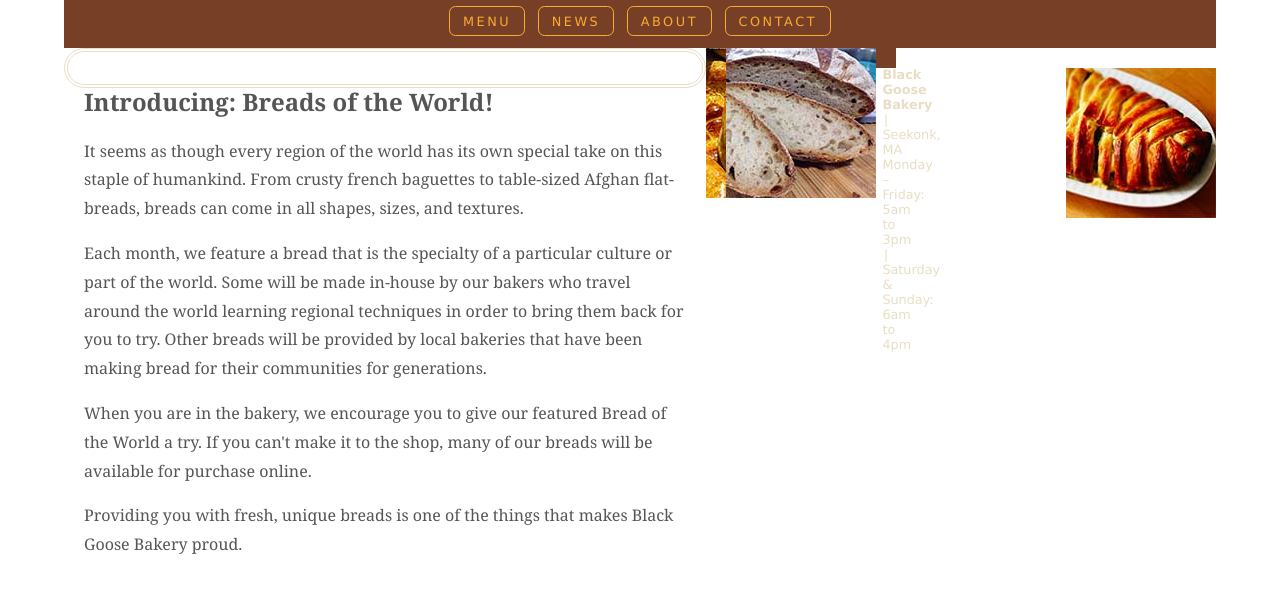
Repository: Colo-Codes/code-practice
Page: 02-css-practice-7.html
The author's editor kept a copy of each file at every save. The page is drawn from the files as they stood at one save, then again after the next save.
The browser window is 1280 px wide. The pictures show the whole page.
Some web fonts or font styles are not loaded; a fallback is used.

Above is the page before, as saved 2021-05-14 12:54:50.

### 02-css-practice-7.html
<!doctype html>
<html>

<head>
  <meta charset="UTF-8">
  <title>Black Goose Bakery Grid</title>
  <link href="https://fonts.googleapis.com/css?family=Stint+Ultra+Expanded" rel="stylesheet">
  <style>
    html {
      box-sizing: border-box;
    }

    * {
      box-sizing: inherit;
    }

    body {
      font-family: Georgia, serif;
      font-size: 100%;
      background-color: white;
      margin: 0;
    }

    /* GRID STYLES START HERE */
    #layout {
      margin-left: 5%;
      margin-right: 5%;
      display: grid;
      grid-template-rows: 3em 20px [main-start] 150px 300px 5em [main-end];
      grid-template-columns: [main-start] 1fr [main-end] repeat(3, 20px 150px);
    }
    nav {
      grid-row: 1 / 2;
      grid-column: 1 / -1;
    }
    #figC {
      grid-row: 3 / 4;
      /* grid-column: -1 / -2; */
      grid-column: span 1 / -1;
    }


    /* VISUAL STYLES START HERE */

    /* link styles */
    a:link,
    a:visited {
      color: #DC6903;
    }

    a:focus,
    a:hover,
    a:active {
      color: #F9AB33;
    }

    a {
      text-decoration: none;
      border-bottom: 1px dotted;
      padding-bottom: .2em;
    }



    /* nav styles */
    nav,
    footer {
      font-family: verdana, sans-serif;
      background-color: #783F27;
    }

    nav ul li a:link,
    nav ul li a:visited {
      color: #F9AB33;
    }

    nav ul li a:focus,
    nav ul li a:hover,
    nav ul li a:active {
      color: #fff;
    }

    nav ul {
      margin: 0;
      padding: 0;
      list-style-type: none;
      display: flex;
      justify-content: center;
    }

    nav ul li {
      font-size: .8em;
      text-transform: uppercase;
      letter-spacing: .2em;
    }

    nav ul li a {
      display: block;
      border: 1px solid;
      border-radius: .5em;
      padding: .5em 1em;
      margin: .5em;
    }


    /* main styles */
    main {
      font-family: 'Stint Ultra Expanded', Georgia, serif;
      background-color: white;
      line-height: 1.8em;
      color: #555;
      padding: 1em;
      border: double 4px #EADDC4;
      border-radius: 25px;
    }


    /* misc styles */

    figure {
      margin: 0;
      padding: 0;
      '

      /* clears browser styles for figures */
    }

    footer {
      color: #EADDC4;
      text-align: center;
      font-size: .8em;
      padding: .5em;
    }
  </style>
</head>

<body>
  <div id="layout">

    <nav>
      <ul>
        <li><a href="">Menu</a></li>
        <li><a href="">News</a></li>
        <li><a href="">About</a></li>
        <li><a href="">Contact</a></li>
      </ul>
    </nav>

    <main>
      <h2>Introducing: Breads of the World!</h2>
      <p>It seems as though every region of the world has its own special take on this staple of humankind. From crusty
        french baguettes to table-sized Afghan flat-breads, breads can come in all shapes, sizes, and textures.</p>
      <p>Each month, we feature a bread that is the specialty of a particular culture or part of the world. Some will be
        made in-house by our bakers who travel around the world learning regional techniques in order to bring them back
        for you to try. Other breads will be provided by local bakeries that have been making bread for their
        communities for generations.</p>

      <p>When you are in the bakery, we encourage you to give our featured Bread of the World a try. If you can't make
        it to the shop, many of our breads will be available for purchase online.</p>
      <p>Providing you with fresh, unique breads is one of the things that makes Black Goose Bakery proud.</p>
      <!--
<p>Our breads are made daily from highest-quality whole grain flour, water, salt, and yeast or sourdough starter. Simply and naturally, and never any preservatives. Patience is key to achieving the proper level of fermentation and baking each loaf to perfection. Available in whole grain, sourdough, olive loaf, classic rye, and potato-onion.</p>
-->
    </main>

    <figure id="figA"><img src="./assets/img/uzbek_150.jpg"></figure>
    <figure id="figB"><img src="./assets/img/bread_150.jpg"></figure>
    <figure id="figC"><img src="./assets/img/braided_150.jpg"></figure>

    <footer>
      <p><strong>Black Goose Bakery</strong> | Seekonk, MA <br>
        Monday &ndash; Friday: 5am to 3pm | Saturday &amp; Sunday: 6am to 4pm</p>
    </footer>

  </div>
</body>

</html>

After the next save:
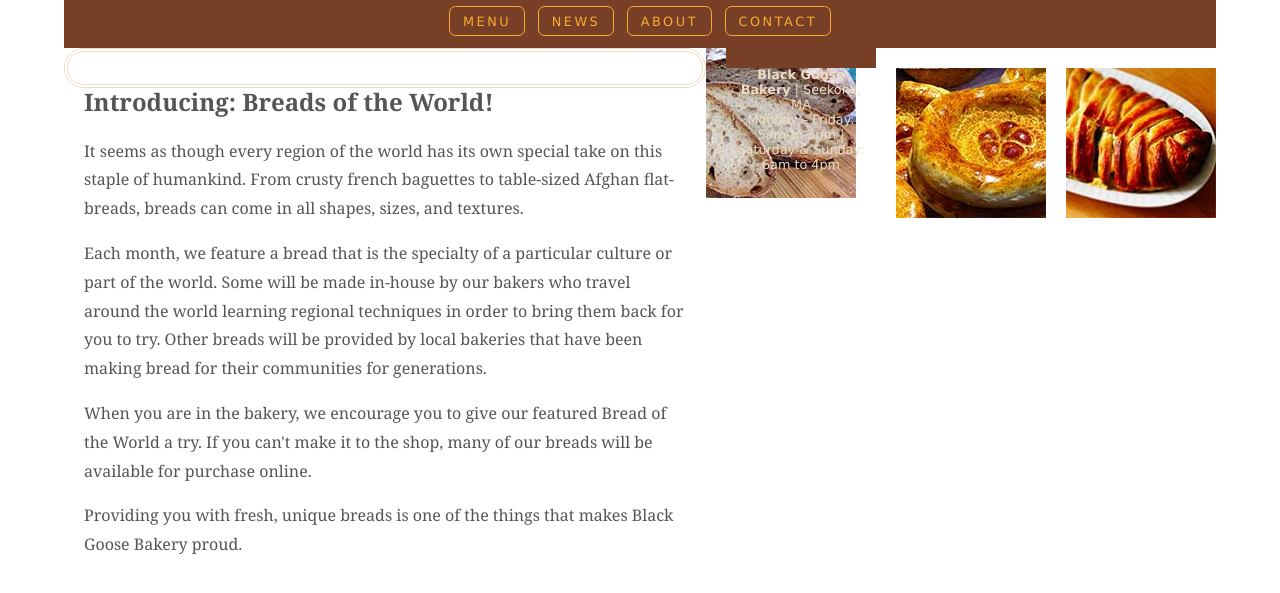
Saved 61 s later.
--- a/02-css-practice-7.html
+++ b/02-css-practice-7.html
@@ -38,7 +38,9 @@
       /* grid-column: -1 / -2; */
       grid-column: span 1 / -1;
     }
-
+    #figA {
+      grid-area: 3 / 5 / 4 / 6;
+    }
 
     /* VISUAL STYLES START HERE */
 
